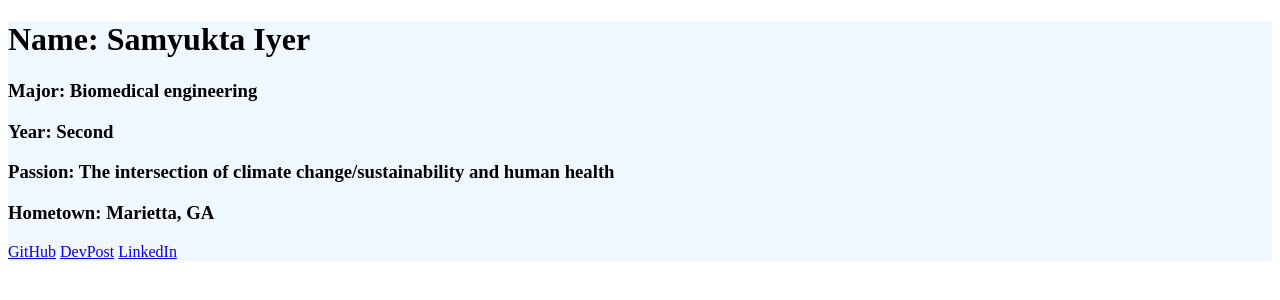
Repository: samyukta-iyer/fall23-dev-bootcamp-assessment
Page: index.html
An editor plug-in stored every save of this project. The page is shown before and after the next save, followed by the edit.
The browser window is 1280 px wide. The pictures show the whole page.

Above is the page before, as saved 2023-08-29 21:01:58.

### index.html
<!DOCTYPE html>

<html>
    <head>
        <link rel="stylesheet" href="styles.css">
    </head>

    <div class = "card">
        <h1> Name: Samyukta Iyer </h1>
        <h3> Major: Biomedical engineering </h3>
        <h3> Year: Second </h3>
        <h3> Passion: The intersection of climate change/sustainability and human health </h3>
        <h3> Hometown: Marietta, GA </h3>

        <a href="https://github.com/samyukta-iyer" class="button">GitHub</a>
        <a href="https://devpost.com/samyuktasainath" class="button">DevPost</a>
        <a href="https://www.linkedin.com/in/samyuktasainath/" class="button">LinkedIn</a>
    </div>

    <!-- Your HTML Here -->
</html>

### styles.css
/* Your Styles Here */
.card{
    background-color: aliceblue;

}

.button {
    background-color: whitesmoke;
    border-radius: 20;
}
/* body{
} */

After the next save:
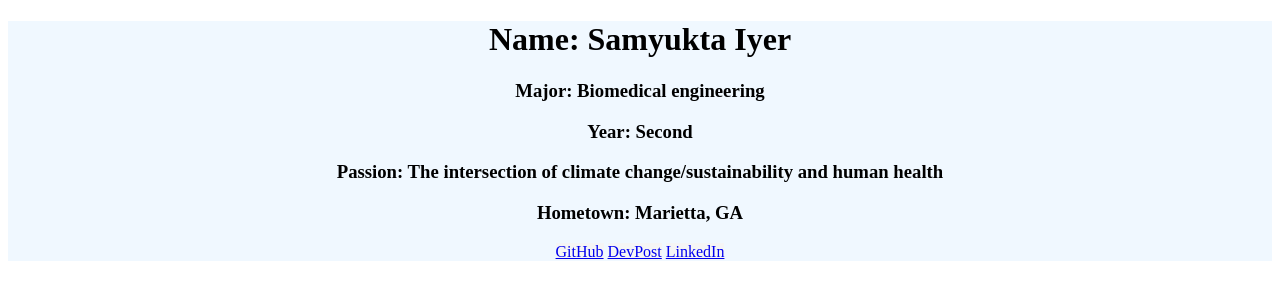
Saved 8 s later.
--- a/styles.css
+++ b/styles.css
@@ -1,6 +1,7 @@
 /* Your Styles Here */
 .card{
     background-color: aliceblue;
+    text-align: center;
 
 }
 
